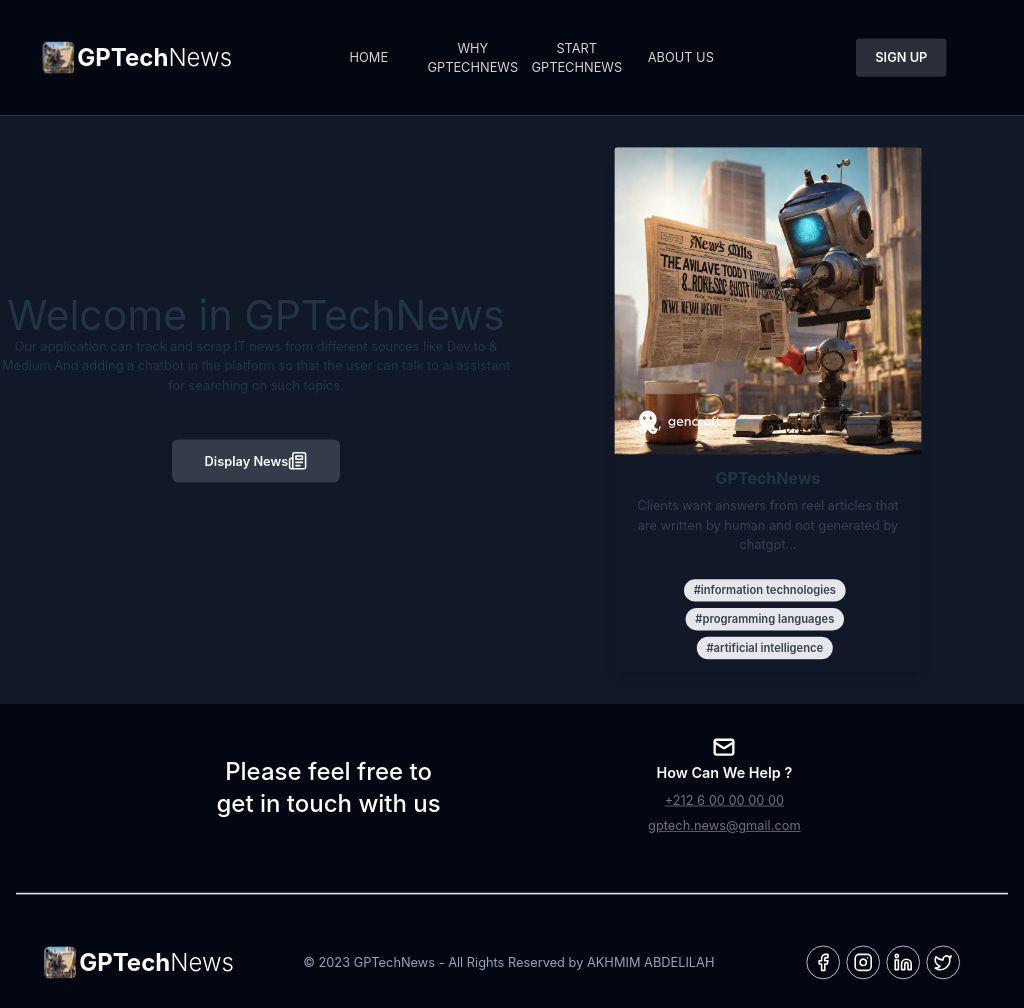
Repository: Lablab-me-Hackathon/gptech-news-frontend
Page: /
These files come from the project's save history. The page is drawn as it stood at one moment and after the next save; the edit follows.
The browser window is 1280 px wide. The pictures show the whole page, at 80% of full size.
The project was rebuilt for these pictures with package versions that can differ from the ones it lists, and the page was loaded fresh each time. Also part of the build but not shown: vite.config.js.

Above is the page before, as saved 2023-08-05 17:41:05.

After the next save:
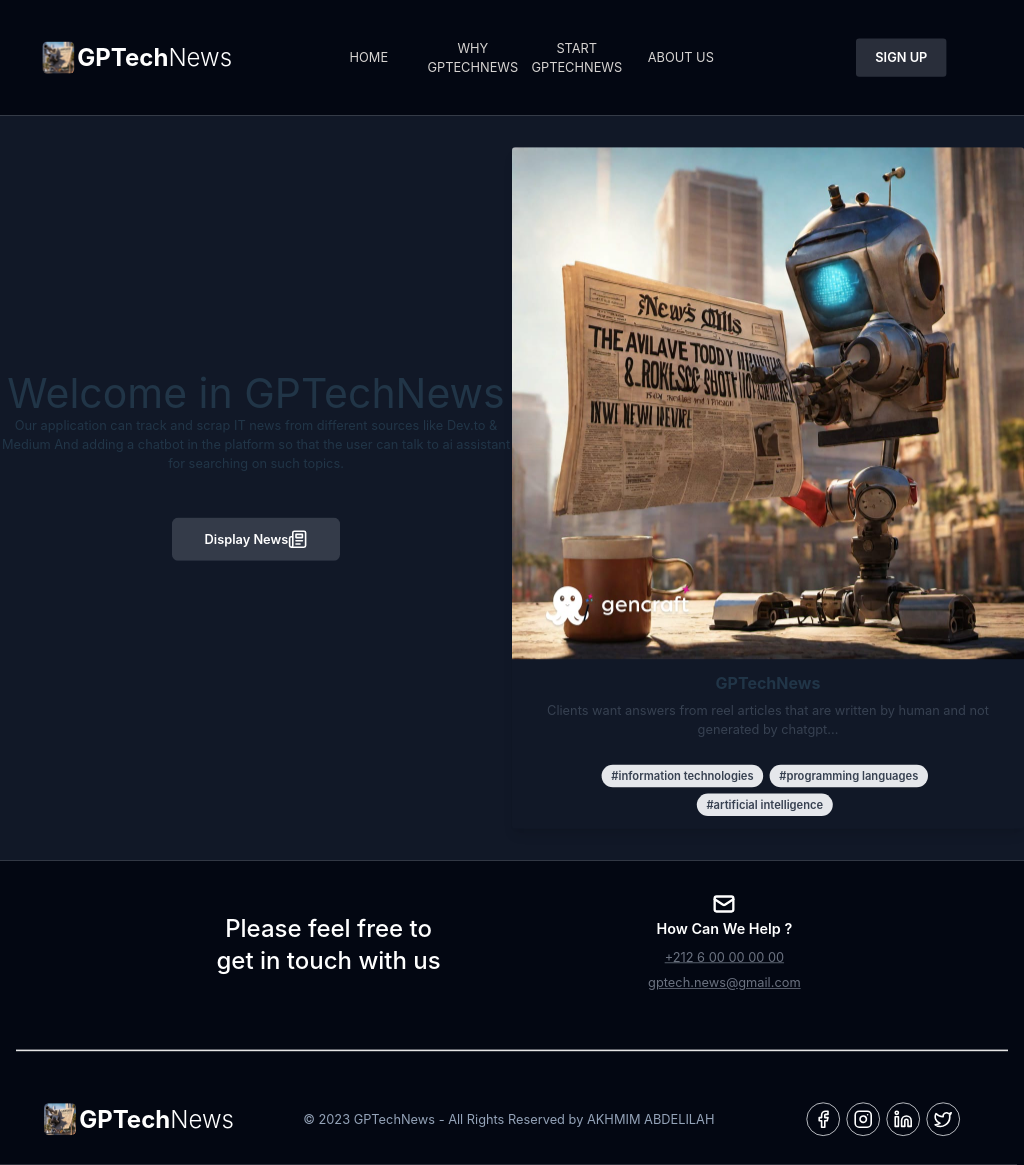
Saved 16 s later.
--- a/src/services/main/Cards.jsx
+++ b/src/services/main/Cards.jsx
@@ -1,7 +1,7 @@
 function Cards() {
   return (
     <div>
-      <div className="max-w-sm rounded overflow-hidden shadow-lg">
+      <div className=" rounded overflow-hidden shadow-lg">
         <img
           className="w-full"
           src="ainews.jpg"

After the 2 saves that followed:
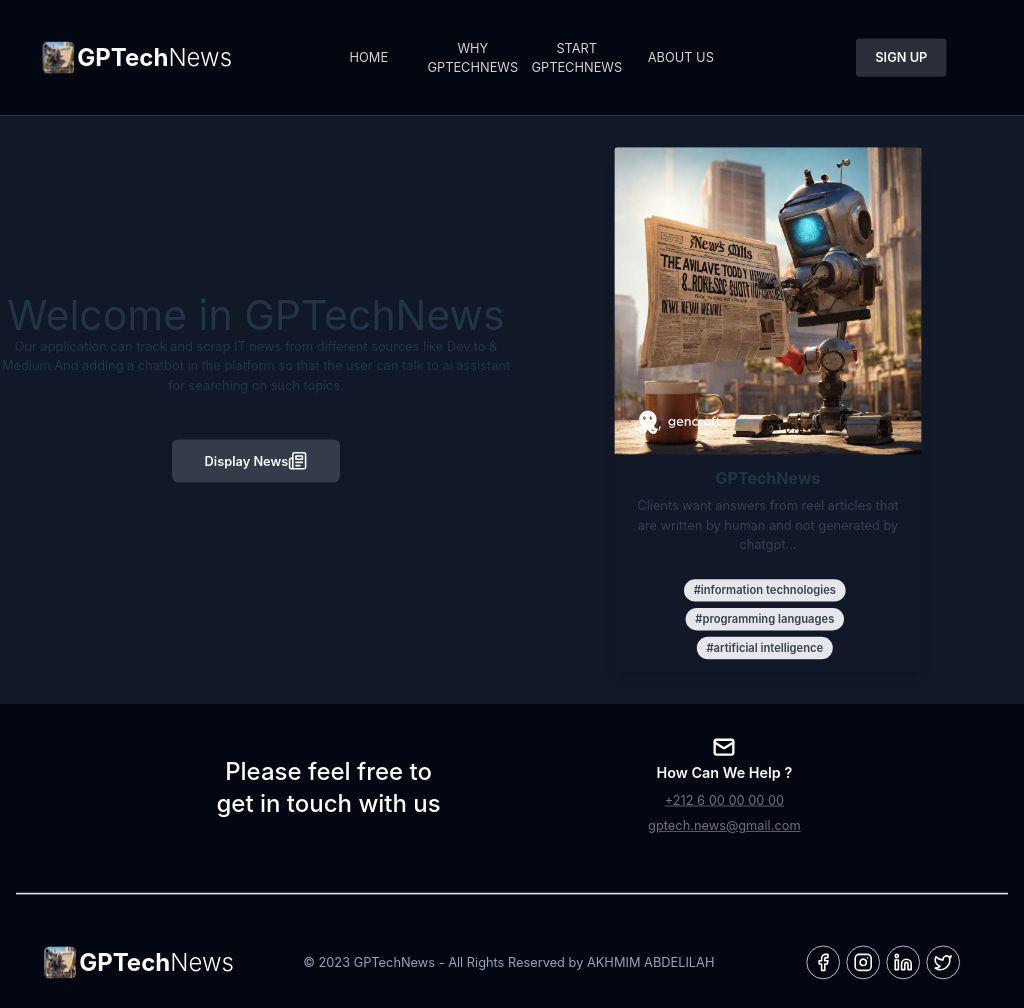
The 2 saves are shown as one change because they came seconds apart.
The last was saved 6 s later.
--- a/src/services/main/Cards.jsx
+++ b/src/services/main/Cards.jsx
@@ -1,7 +1,7 @@
 function Cards() {
   return (
     <div>
-      <div className=" rounded overflow-hidden shadow-lg">
+      <div className="max-w-sm rounded overflow-hidden shadow-lg">
         <img
           className="w-full"
           src="ainews.jpg"
